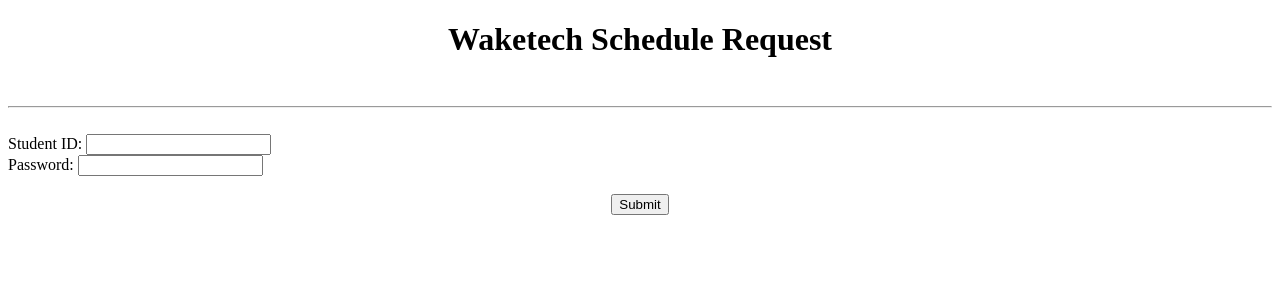
Repository: weshayutin/java258Online
Page: workspace/Week1Assignment/WebContent/week1.html
These files come from the project's save history. The page is drawn as it stood at one moment and after the next save; the edit follows.
The browser window is 1280 px wide. The pictures show the whole page.

Above is the page before, as saved 2011-01-23 20:08:24.

### workspace/Week1Assignment/WebContent/week1.html
<!DOCTYPE html PUBLIC "-//W3C//DTD HTML 4.01 Transitional//EN" "http://www.w3.org/TR/html4/loose.dtd">
<html>
<head>
<meta http-equiv="Content-Type" content="text/html; charset=UTF-8">
<title>Waketech Schedule Request</title>
</head>
<body>
<h1 align="center"> Waketech Schedule Request</h1>
<br>
<hr/>
<br>
<tr>
<td align="center">

<form action="schedule">
	Student ID: <input type="text" name="name"/><br>
	Password: <input type="password" name="password"/><br/><br/>

	<center>
	 	<input type="submit"/>
	</center>
</form>
</td>
</tr>
</body>
</html>

After the next save:
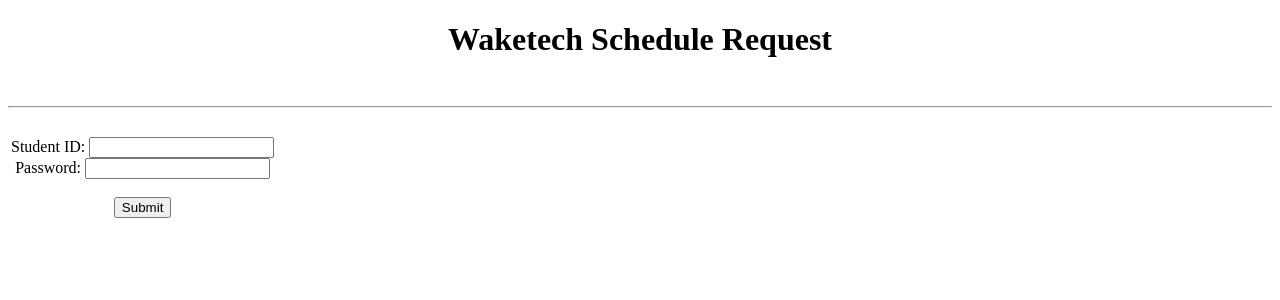
Saved 44 s later.
--- a/workspace/Week1Assignment/WebContent/week1.html
+++ b/workspace/Week1Assignment/WebContent/week1.html
@@ -9,7 +9,7 @@
 <br>
 <hr/>
 <br>
-<tr>
+<table>
 <td align="center">
 
 <form action="schedule">
@@ -21,6 +21,6 @@
 	</center>
 </form>
 </td>
-</tr>
+</table>
 </body>
 </html>

After the save that followed:
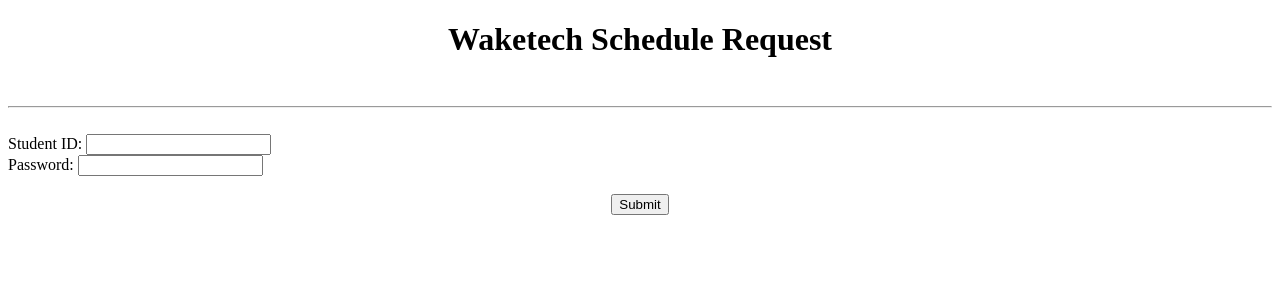
Saved 25 s later.
--- a/workspace/Week1Assignment/WebContent/week1.html
+++ b/workspace/Week1Assignment/WebContent/week1.html
@@ -9,8 +9,8 @@
 <br>
 <hr/>
 <br>
-<table>
-<td align="center">
+<table align="center">
+
 
 <form action="schedule">
 	Student ID: <input type="text" name="name"/><br>
@@ -20,7 +20,7 @@
 	 	<input type="submit"/>
 	</center>
 </form>
-</td>
+
 </table>
 </body>
 </html>
